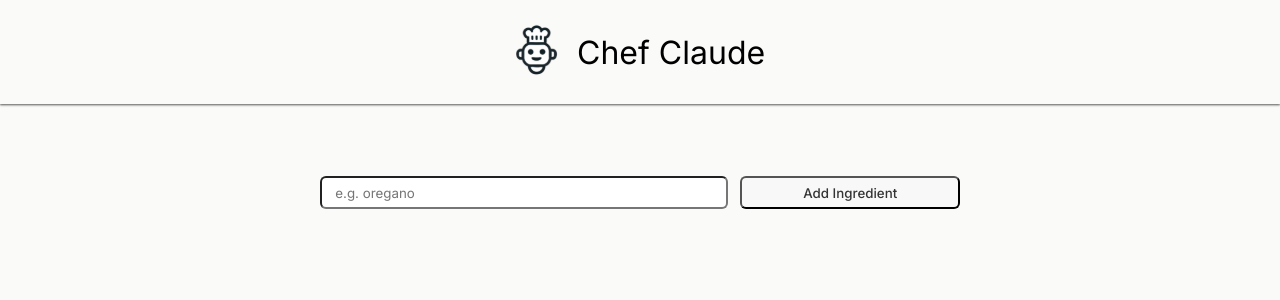
Repository: AchrafAzzaoui/Chef_Claude--React_Course_Scrimba_Project
Page: / (app in project/)
The author's editor kept a copy of each file at every save. The page is drawn from the files as they stood at one save, then again after the next save.
The browser window is 1280 px wide. The pictures show the whole page.
The project was rebuilt for these pictures with package versions that can differ from the ones it lists, and the page was loaded fresh each time. Also part of the build but not shown: project/vite.config.js.

Above is the page before, as saved 2024-12-01 13:47:43.

After the next save:
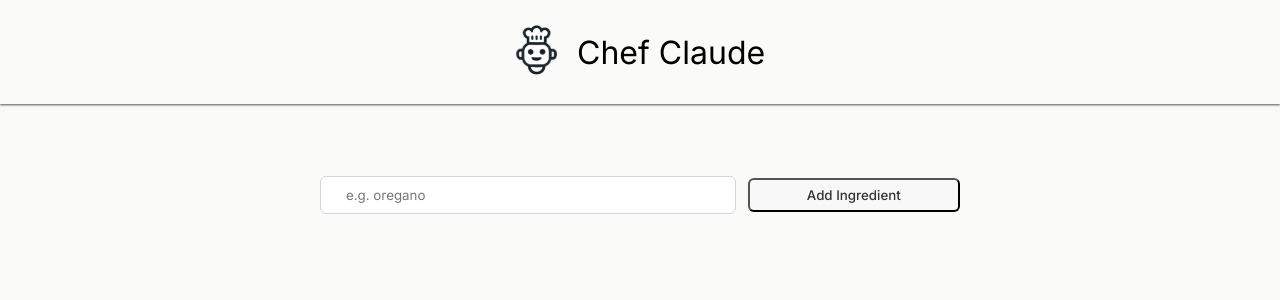
Saved 45 min 39 s later.
--- a/project/index.css
+++ b/project/index.css
@@ -49,9 +49,10 @@
 }
 
 .add-ingredient-form .form-group input {
-  padding: 0.5em 1em;
+  padding: 0.75em 1.875em;
   flex: 2;
   border-radius: 6px;
+  border: 1px solid #d1d5db;
 }
 
 .add-ingredient-form .form-group button {
